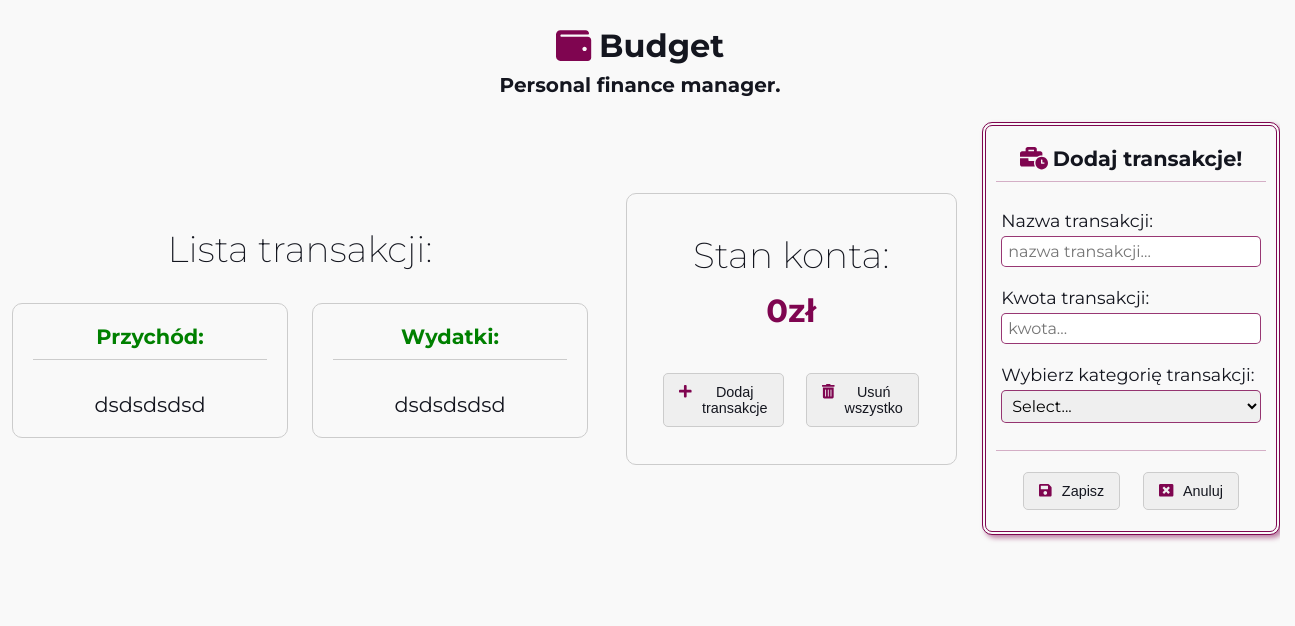
Repository: KrzysKolo/sr_tydzien4_zad4
Page: /
These files come from the project's save history. The page is drawn as it stood at one moment and after the next save; the edit follows.
The browser window is 1280 px wide. The page is 1280 px wide, then 1295 px, then 1280 px, so the pictures cover 1295 px, including what lies to the right of the window. The pictures show the whole page.
Some web libraries are served in a nearby version. The project was rebuilt for these pictures with package versions that can differ from the ones it lists, and the page was loaded fresh each time. Also part of the build but not shown: src/components/budgetComponents/formComponents/ErrorMessage.js.

Above is the page before, as saved 2020-12-03 17:37:21.

### public/index.html
<!DOCTYPE html>
<html lang="en">
  <head>
    <meta charset="utf-8" />
    <link rel="icon" href="%PUBLIC_URL%/favicon.ico" />
    <meta name="viewport" content="width=device-width, initial-scale=1" />
    <meta name="theme-color" content="#000000" />
    <meta
      name="description"
      content="Web site created using create-react-app"
    />
    <link rel="apple-touch-icon" href="%PUBLIC_URL%/logo192.png" />
    <!--
      manifest.json provides metadata used when your web app is installed on a
      user's mobile device or desktop. See https://developers.google.com/web/fundamentals/web-app-manifest/
    -->
    <link rel="manifest" href="%PUBLIC_URL%/manifest.json" />
    <!--
      Notice the use of %PUBLIC_URL% in the tags above.
      It will be replaced with the URL of the `public` folder during the build.
      Only files inside the `public` folder can be referenced from the HTML.

      Unlike "/favicon.ico" or "favicon.ico", "%PUBLIC_URL%/favicon.ico" will
      work correctly both with client-side routing and a non-root public URL.
      Learn how to configure a non-root public URL by running `npm run build`.
    -->
    <link
      href="https://fonts.googleapis.com/css?family=Montserrat:200,400,700&display=swap&subset=latin-ext"
      rel="stylesheet"
    />
    <script
      src="https://kit.fontawesome.com/327a0d490c.js"
      crossorigin="anonymous"
    ></script>
    <title>Budget</title>
  </head>
  <body>
    <noscript>You need to enable JavaScript to run this app.</noscript>
    <div id="root"></div>
    <!--
      This HTML file is a template.
      If you open it directly in the browser, you will see an empty page.

      You can add webfonts, meta tags, or analytics to this file.
      The build step will place the bundled scripts into the <body> tag.

      To begin the development, run `npm start` or `yarn start`.
      To create a production bundle, use `npm run build` or `yarn build`.
    -->
  </body>
</html>

### src/App.js
import React from 'react';
import Budget from './components/Budget'

const App = () => {
  return (
    <>
      <Budget/>
    </>
  )
}

export default App;

### src/components/Budget.js
import React from 'react';
import Header from './budgetComponents/Header';
import Section from './budgetComponents/Section';
import SectionInfo from './budgetComponents/SectionInfo';
import H2 from './budgetComponents/sectionComponents/H2';
import styled, { createGlobalStyle } from 'styled-components';

const GlobalStyle = createGlobalStyle`
    * {
        padding: 0;
        margin: 0;
        box-sizing: border-box;
    }
    body {
        background-color: #f9f9f9;
        color: #14161f;
        font-family: "Montserrat", sans-serif;
        font-size: 16px;
        min-height: 100vh;
    }
    `;
const Container = styled.main`
    font-size: 1.5rem;
`;
const SectionContainer = styled.section`
    display: flex;
    flex-direction: row;
    justify-content: center;
    align-items: center;
`;
const SectionBudget = styled.section`
    display: flex;
    flex-direction: column;
    justify-content: center;
    align-items: center;
`;
const DivItems = styled.div`
    display: flex;
    flex-direction: row;
    justify-content: center;
    align-items: center;

`;
const Budget = () => {
    return (
        <>
            <GlobalStyle />
            <Container>
                <Header />
                <SectionContainer>
                    <SectionBudget>
                        <H2 title={"Lista transakcji"} />
                        <DivItems>
                            <Section title={"Przychód"} label={"p"}/>
                            <Section title={"Wydatki"}/>
                        </DivItems>
                    </SectionBudget>
                    <SectionInfo title={"Stan konta"}/>
                </SectionContainer>
            </Container>

        </>
    )
}

export default Budget;

### src/components/budgetComponents/Header.js
import React from 'react';
import styled from 'styled-components';
import { FontAwesomeIcon } from '@fortawesome/react-fontawesome';
import { faWallet } from '@fortawesome/free-solid-svg-icons';

const SectionHeader = styled.header`
    align-items: center;
    color: rgb(127, 5, 80);
    display: flex;
    font-size: 2.2rem;
    flex-direction: column;
    justify-content: center;
    padding: 2%;
`;
const DivHeader = styled.div`
    align-items: center;
    display: flex;
    flex-direction: row;
    justify-content: center;
    margin-bottom: 0.5rem;
`;
const H1Header = styled.h1`
    color: #14161f;
    font-size: 2rem;
    margin-left: .5rem;
`;
const H2Header = styled.h2`
    color: #14161f;
    font-size: 1.25rem;
`;
const Header = () => {
    return (
        <SectionHeader>
            <DivHeader>
                <FontAwesomeIcon icon={faWallet}/>
                <H1Header>Budget</H1Header>
            </DivHeader>
            <H2Header>Personal finance manager.</H2Header>
        </SectionHeader>
    )
}

export default Header;

### src/components/budgetComponents/Section.js
import React from 'react';
import { H1 }from './sectionComponents/index';
import styled from 'styled-components';

const SectionWrapper = styled.section`
    border: 1px solid #ccc;
    border-radius: 10px;
    display: flex;
    flex-direction: column;
    font-size: 1.3rem;
    justify-content: center;
    align-items: center;
    margin: 2%;
    padding: 20px;
    width: 300px;
`;
const Section = ({ title, label }) => {
    return (
        <SectionWrapper>
           <H1 title={title} label={label}> </H1>
           <p>dsdsdsdsd</p>
        </SectionWrapper>
    )
}

export default Section;

### src/components/budgetComponents/SectionInfo.js
import React, { useState } from 'react';
import { H2, P } from './sectionComponents/index';
import Form from './Form';
import Button from './../budgetComponents/buttons/Button';
import styled from 'styled-components';
import { faPlus,  faTrashAlt } from '@fortawesome/free-solid-svg-icons';
const SectionWrapper = styled.section`
    border: 1px solid #ccc;
    border-radius: 10px;
    display: flex;
    flex-direction: column;
    margin: 2vw;
    padding: 2%;
`;
const ButtonWrapper = styled.div`
    display: flex;
    flex-direction: row;
`;

const SectionInfo = ({ title }) => {
    const [showForm, setShowForm] = useState(true);
    const openForm = () =>{
        console.log("aaaaa");
        setShowForm(prev => !prev);
  };
    return (
        <>
        <SectionWrapper>
           <H2 title={title}> </H2>
           <P />
           <ButtonWrapper>
                <Button onClick={openForm} title="Dodaj transakcje" icons={faPlus} />
                <Button title="Usuń wszystko" icons={faTrashAlt} type="submit"/>
           </ButtonWrapper>

        </SectionWrapper>
        <Form showForm={showForm} setShowForm={setShowForm} />
        </>
    )
}

export default SectionInfo;

### src/components/budgetComponents/sectionComponents/H2.js
import React from 'react'
import styled from 'styled-components';

const TitleH2 = styled.h2`
    font-weight: 200;
    margin: 2% auto;
    padding: 0.5rem;
`;

const H2 = ({title}) => {
    return (
        <TitleH2>
            {title}:
        </TitleH2>
    )
}

export default H2;

### src/components/budgetComponents/sectionComponents/index.js
export { default as H1 } from './H1';
export { default as H2 } from './H2';
export { default as P } from './P';

### src/components/budgetComponents/Form.js
import React, { useState } from 'react';
import { Header, Input, Select } from './formComponents/';
import Button from './buttons/Button';
import styled from 'styled-components';
import SelectOptions from './../data/SelectOptions';
import { faBusinessTime, faSave, faWindowClose } from '@fortawesome/free-solid-svg-icons';
import { useFormik } from 'formik';
import * as yup from 'yup';

const FormWrapper = styled.form`

    background-color: #f9f9f9;
    border: 4px double rgb(127, 5, 80);
    border-radius: 10px;
    box-shadow: 3px 3px 5px rgba(127, 5, 80, 0.5);
    color: rgb(127, 5, 80);
    margin: 0 auto;
    padding: 10px;
    width: 30vw;
`;
const ButtonWrapper = styled.div`
    display: flex;
    flex-direction: row;
    justify-content: center;
    border-top: 1px solid rgba(127, 5, 80, 0.3);
    padding-top: 10px;
    margin-top: 1.4rem;
`;

const FormData = ({ showForm }) => {
    const initialValues  = {
        name: '',
        amount: '',
        category: -1,
    };
    const validationSchema = yup.object({
        name: yup.string().required("Required").min(3, "Musi być min 3 znaki").max(50,"Moze być max 50 znaków"),
        amount: yup.number().required("Required").min(1, "Musi być conajmniej 1 cyfra"),
        category: yup.number().required("Musi być wybrane").min(0, ).max(5),
    })
    const onSubmit = ( values, {resetForm} ) => {
        console.log('Form data', values);
        setShowMessage(true);
        resetForm();
    };
    const [ showMessage, setShowMessage ] = useState(false);
    const formik = useFormik({
        initialValues,
        validationSchema,
        onSubmit,
    });
    return (
        <>
        { showForm &&
        <FormWrapper onSubmit={formik.handleSubmit}>
            <Header icons={faBusinessTime} title={"Dodaj transakcje!"} />
            <Input type="text" label="Nazwa transakcji" name="name" placeholder="nazwa transakcji..." onChange={formik.handleChange} value={formik.values.name} onBlur={formik.handleBlur} error={formik.errors.name} message={formik.errors.name} touched={formik.touched.name} />
            <Input type="text" label="Kwota transakcji" name="amount" placeholder="kwota..." onChange={formik.handleChange} value={formik.values.amount} onBlur={formik.handleBlur} error={formik.errors.amount} message={formik.errors.amount} touched={formik.touched.amount}/>
            <Select options={SelectOptions} label="Wybierz kategorię transakcji" name="category" onChange={formik.handleChange} value={formik.values.category} onBlur={formik.handleBlur} error={formik.errors.category} message={formik.errors.category} touched={formik.touched.category}/>
            <ButtonWrapper>
                <Button type="save" title="Zapisz" icons={faSave}/>
                <Button title="Anuluj" icons={faWindowClose} type="cancel" />
            </ButtonWrapper>
        </FormWrapper>
        }
        </>
    )
}

export default FormData;

### src/components/budgetComponents/buttons/Button.js
import React from 'react';
import styled from 'styled-components';
import { FontAwesomeIcon } from '@fortawesome/react-fontawesome';

const ButtonDiv = styled.button`
    border: 1px solid #ccc;
    border-radius: 5px;
    margin: 0.7rem;
    padding: 10px 15px;
    display: flex;
    flex-direction: row;
    color: rgb(127, 5, 80);
    font-size: 0.9rem;
    cursor: pointer;
    transition: 0.3s ease-in-out;
    &:hover {
        border: 1px solid rgba(127, 5, 80, 0.4);
        background-color:  #f9f9f9;
        color: rgba(127, 5, 80, 0.5);
    }
`;
const ButtonTitleDiv = styled.div`
    margin-left: 10px;
    color: #14161f;
`;
const Button = ({ title, icons }) => {
    return (
        <ButtonDiv>
            <FontAwesomeIcon icon={icons} />
            <ButtonTitleDiv>{title}</ButtonTitleDiv>
        </ButtonDiv>
    )
}

export default Button;

### src/components/budgetComponents/sectionComponents/H1.js
import React from 'react'
import styled from 'styled-components';

const TitleH1 = styled.h1`
    border-bottom: 1px solid #ccc;
    color: ${label => label ? 'green' : 'red'};
    margin-bottom: 2rem;
    padding-bottom: 10px;
    display: block;
    width: 100%;
    text-align: center;
`;

const H1 = ({title, label}) => {
    return (
        <TitleH1>
            {title}:
        </TitleH1>
    )
}

export default H1;

### src/components/budgetComponents/sectionComponents/P.js
import React from 'react';
import styled from 'styled-components';

const InfoP = styled.p`
    color: rgb(127, 5, 80);
    font-size: 2rem;
    font-weight: bold;
    width: 100%auto;
    text-align: center;
    padding-bottom: 2rem;
`;

const P = () => {
    return (
        <InfoP>
            0zł
        </InfoP>
    )
}

export default P;

### src/components/budgetComponents/formComponents/index.js
export { default as Header } from './Header';
export { default as Input } from './Input';
export { default as ErrorMessage } from './ErrorMessage';
export { default as Select } from './Select';

### src/components/data/SelectOptions.js
const SelectOptions=[
    { id: -1, value: "-1", label:"", title: 'Select...' },
    { id: 0, value: "0", label:"[+]", title: 'Przychód' },
    { id: 1, value: "1", label:"[-]", title: 'Rachunki' },
    { id: 2, value: "2", label:"[-]", title: 'Sport' },
    { id: 3, value: "3", label:"[-]", title: 'Wyżywienie' },
    { id: 4, value: "4", label:"[-]", title: 'Kultura' },
    { id: 5, value: "5", label:"[-]", title: 'Wypoczynek' },
];
export default SelectOptions;

### src/components/budgetComponents/formComponents/Header.js
import React from 'react';
import styled from 'styled-components';
import { FontAwesomeIcon } from '@fortawesome/react-fontawesome';

const TitleH1 = styled.h1`
    border-bottom: 1px solid rgba(127, 5, 80, 0.3);
    display: flex;
    flex-direction: row;
    justify-content: center;
    align-items: center;
    font-size: 1.4rem;
    padding: 10px;
    text-align: center;
    margin-bottom: 1.4rem;
`;
const TitleDiv = styled.div`
    color: #14161f;
    font-family: "Montserrat", sans-serif;
    font-size: 1.3rem;
    font-weight: 600;
    margin-left: 5px;
`;
const Header = ({ title, icons } ) => {
    return (
        <TitleH1>
            <FontAwesomeIcon icon={icons}/>
            <TitleDiv>{title}</TitleDiv>
        </TitleH1>
    )
}

export default Header;

### src/components/budgetComponents/formComponents/Input.js
import React from 'react';
import styled from 'styled-components';
import ErrorMessage from './ErrorMessage';

const InputWrapper = styled.div`
    display: flex;
    flex-direction: column;
    justify-content: flex-start;
    color: #14161f;
    font-family: "Montserrat", sans-serif;
    padding: 5px;
    margin: 10px 0;
`;
const InputLabel = styled.label`
    padding-bottom: 5px;
    font-size: 1.1rem;
`;
const inputStyles = (error) => `
    padding: 5px 6px;
    border: 1px solid ${error ? '#d3170d' : 'rgba(127, 5, 80, 0.8)'};
    border-radius: 5px;
    font-family: inherit;
    font-size: 1rem;
`;
const InputContainer = styled.input`
    ${props => inputStyles(props.error && props.touched)}
`;
const Input = (props) => {
    const { label, name, message, error, touched} = props;
    return (
        <InputWrapper>
                <InputLabel htmlFor={name}>{label}:</InputLabel>
                <InputContainer {...props} id={name} />
                { error && touched && <ErrorMessage message={message}/>}
        </InputWrapper>
    )
}

export default Input;

### src/components/budgetComponents/formComponents/Select.js
import React from 'react';
import styled from 'styled-components';
import ErrorMessage from './ErrorMessage';

const SelectWrapper = styled.div`
    display: flex;
    flex-direction: column;
    justify-content: flex-start;
    color: #14161f;
    font-family: "Montserrat", sans-serif;
    padding: 5px;
    margin: 10px 0;
`;
const SelectLabel = styled.label`
    padding-bottom: 5px;
    font-size: 1.1rem;
`;
const selectStyles = (error) => `
    padding: 5px 6px;
    border: 1px solid ${error ? '#d3170d' : 'rgba(127, 5, 80, 0.8)'};
    border-radius: 5px;
    font-family: inherit;
    font-size: 1rem;
`;
const SelectContainer = styled.select`
    ${props => selectStyles(props.error && props.touched)}
`;

const Select = (props) => {
    const { label, name, options, error, message, touched } = props;
    return (
            <SelectWrapper>
                <SelectLabel>{label}:</SelectLabel>
                <SelectContainer {...props} id={name}>
                    {options.map(option => {
                        return (
                            <option key={option.id} value={option.value}>{option.label} {option.title}</option>
                        )
                    })}
                </SelectContainer>
                { error && touched && <ErrorMessage message={message} />}
            </SelectWrapper>
    )
}

export default Select;

Loaded but not shown: src/index.js (common file); src/index.css (common file)

After the next save:
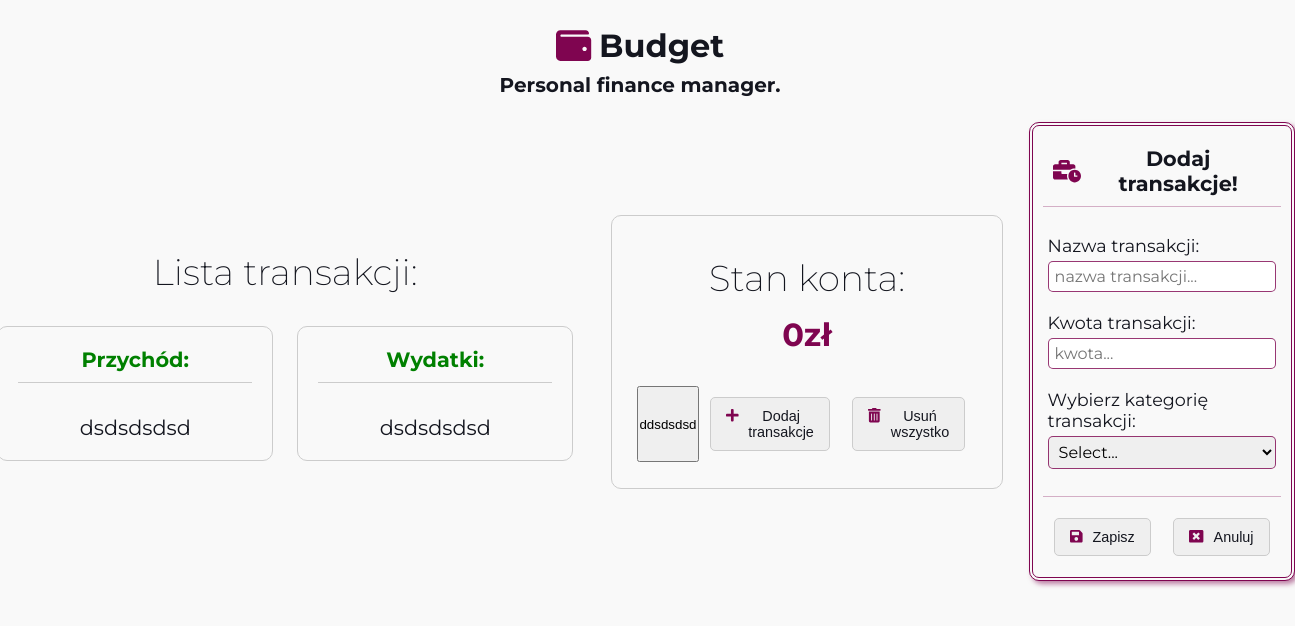
Saved 47 s later.
--- a/src/components/budgetComponents/SectionInfo.js
+++ b/src/components/budgetComponents/SectionInfo.js
@@ -29,6 +29,7 @@
            <H2 title={title}> </H2>
            <P />
            <ButtonWrapper>
+               <button onClick={openForm}>ddsdsdsd</button>
                 <Button onClick={openForm} title="Dodaj transakcje" icons={faPlus} />
                 <Button title="Usuń wszystko" icons={faTrashAlt} type="submit"/>
            </ButtonWrapper>

After the 2 saves that followed:
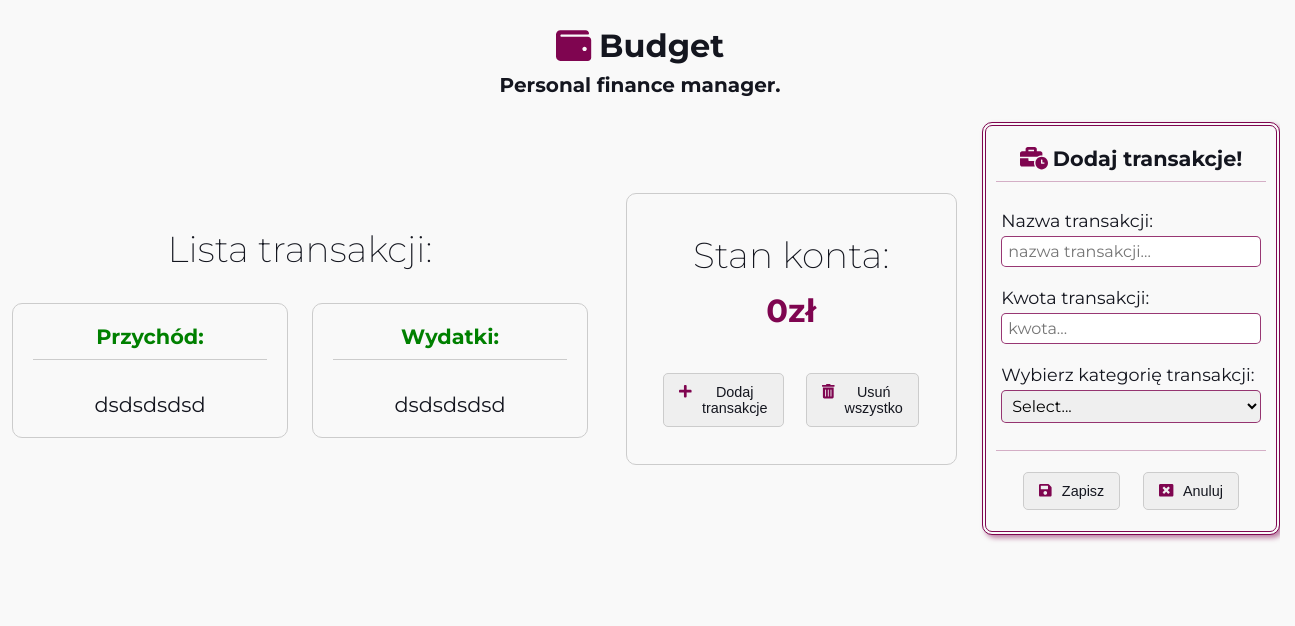
The 2 saves are shown as one change because 1 left the picture as it was.
The last was saved 3 min 54 s later.
--- a/src/components/budgetComponents/SectionInfo.js
+++ b/src/components/budgetComponents/SectionInfo.js
@@ -29,7 +29,6 @@
            <H2 title={title}> </H2>
            <P />
            <ButtonWrapper>
-               <button onClick={openForm}>ddsdsdsd</button>
                 <Button onClick={openForm} title="Dodaj transakcje" icons={faPlus} />
                 <Button title="Usuń wszystko" icons={faTrashAlt} type="submit"/>
            </ButtonWrapper>
--- a/src/components/budgetComponents/formComponents/Input.js
+++ b/src/components/budgetComponents/formComponents/Input.js
@@ -26,9 +26,9 @@ const InputContainer = styled.input`
     ${props => inputStyles(props.error && props.touched)}
 `;
 const Input = (props) => {
-    const { label, name, message, error, touched} = props;
+    const { label, name, message, error, touched, onClick} = props;
     return (
-        <InputWrapper>
+        <InputWrapper onClick={onClick}>
                 <InputLabel htmlFor={name}>{label}:</InputLabel>
                 <InputContainer {...props} id={name} />
                 { error && touched && <ErrorMessage message={message}/>}
